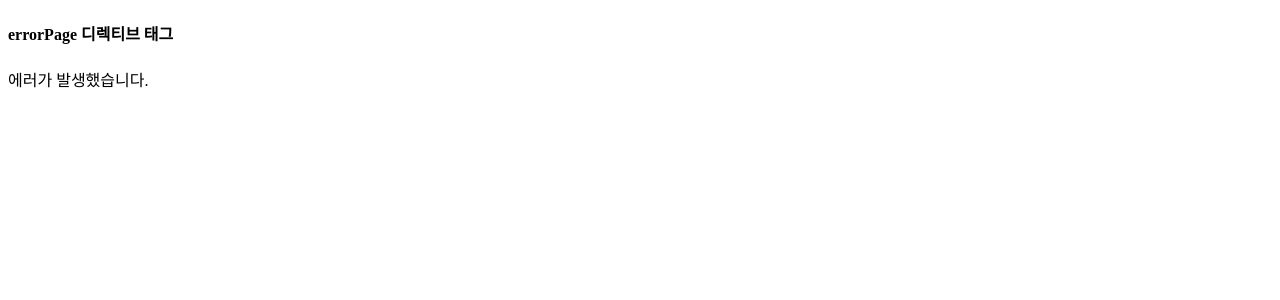
Repository: man332414/myJspStudy
Page: http://localhost/jspbook/chapter03/page_errorPage_error.jsp
An editor plug-in stored every save of this project. The page is shown before and after the next save, followed by the edit.
The browser window is 1280 px wide. The pictures show the whole page.
The page is served by Tomcat 10. Nobody is signed in. The application's start-up code is not run. Other server files are loaded and not shown.

Above is the page before, as saved 2024-10-08 06:29:55.

### jspbook/src/main/webapp/chapter03/page_errorPage_error.jsp
<%@ page language="java" contentType="text/html; charset=UTF-8"
    pageEncoding="UTF-8"%>
<!DOCTYPE html>
<html>
<head>
<meta charset="UTF-8">
<title>Directives Tag</title>
</head>
<body>
	<h4> errorPage 디렉티브 태그 </h4>
	에러가 발생했습니다.
</body>
</html>

After the next save:
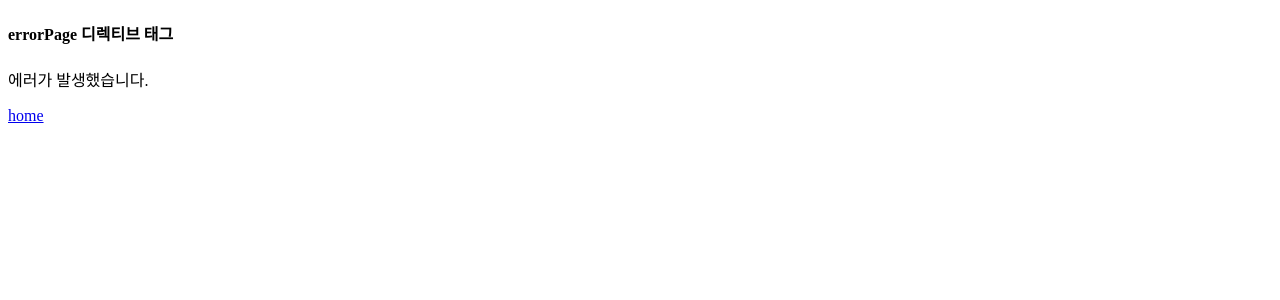
Saved 42 s later.
--- a/jspbook/src/main/webapp/chapter03/page_errorPage_error.jsp
+++ b/jspbook/src/main/webapp/chapter03/page_errorPage_error.jsp
@@ -9,5 +9,7 @@
 <body>
 	<h4> errorPage 디렉티브 태그 </h4>
 	에러가 발생했습니다.
+
+	<p><a href = "home">home</a></p>
 </body>
 </html>
